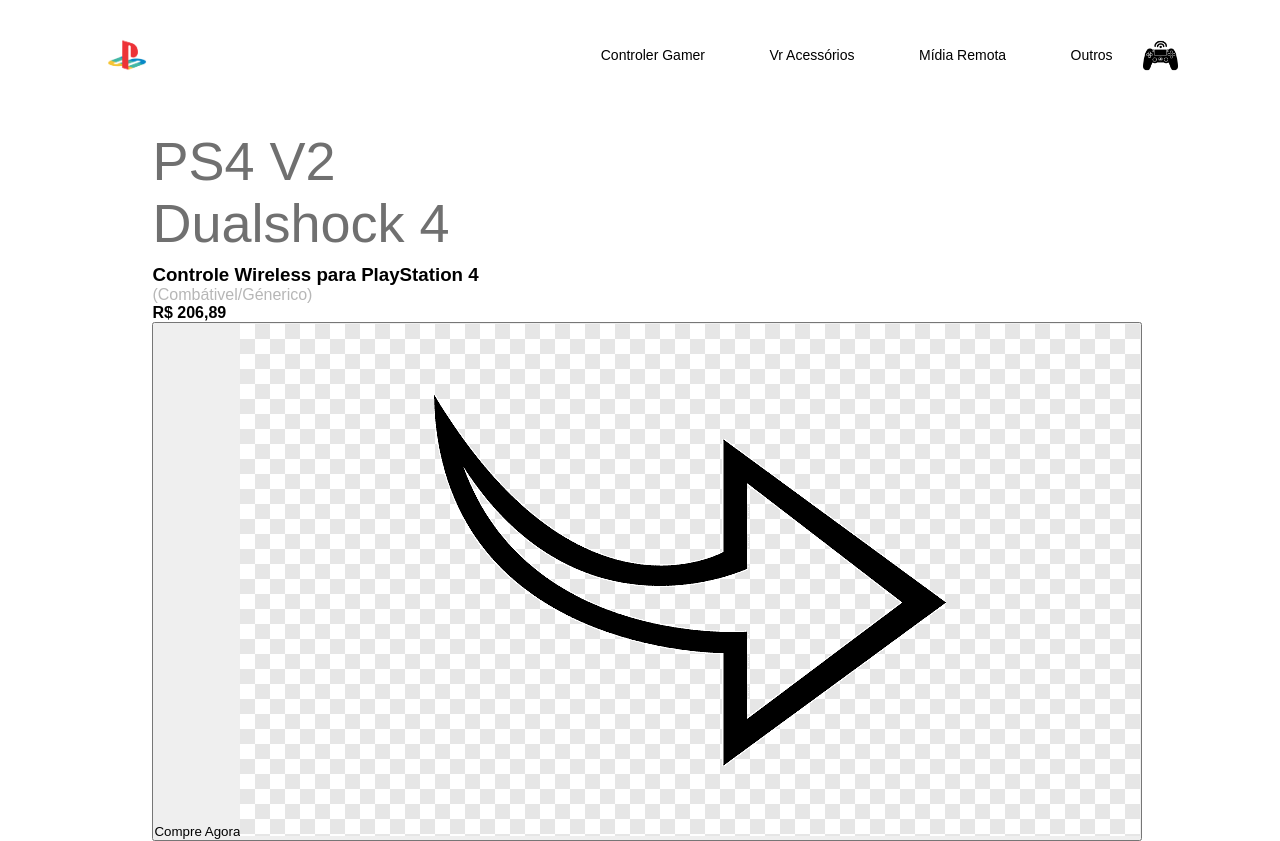
Repository: PauloMarquess/Pagina-Playstation
Page: index.html
An editor plug-in stored every save of this project. The page is shown before and after the next save, followed by the edit.
The browser window is 1280 px wide. The pictures show the whole page.

Above is the page before, as saved 2021-08-16 19:14:57.

### index.html
<!DOCTYPE html>
<html lang="pt">
<head>
    <meta charset="UTF-8">
    <meta http-equiv="X-UA-Compatible" content="IE=edge">
    <meta name="viewport" content="width=device-width, initial-scale=1.0">
    <link rel ="stylesheet" href="./style.css"  >
    <title>Web Página Gamer </title>
</head>
<body>
    <div class="container">
        <div class="navbar">
            <img src="./assets/logo.png" alt="logo" class="logo">
            <nav>
                <ul>
                    <li><a href="#">Controler Gamer</a> </li>
                    <li><a href="#">Vr Acessórios</a> </li>
                    <li><a href="#">Mídia Remota</a> </li>
                    <li><a href="#">Outros</a> </li>


                </ul>
            </nav>
            <img src="./assets/menu.png" alt="menu" class="menu-icone">

        </div>

        <div class="row">
            <div class="col-1">
                <h2>PS4 V2 <br>Dualshock 4</h2>
                <h3>Controle Wireless para PlayStation 4 </h3>
                <p>(Combátivel/Génerico)</p>
                <h4>R$ 206,89</h4>
                <button type="button">Compre Agora<img src="./assets/seta.png"> </button>
            </div>

            <div class="col-2">

            </div>
        </div>

    </div>
</body>
</html>

### style.css
* {
    margin: 0;
    padding: 0;
    font-family: sans-serif;
}

.container {
    width: 100%;
    min-height: 100vh;
    padding-left: 8%;
    padding-right:8%;
    box-sizing:border-box;
    overflow: hidden;
}

.navbar{
    width: 100%;
    display: flex;
    align-items: center;
}
.logo  {
    width:50px ;
    cursor: pointer;
    margin: 30px 0;
}

.menu-icone {
    width: 35px;
    cursor: pointer;
}
nav {
    flex:1;
    text-align: right;

}
nav ul li {
    list-style: none;
    display: inline-block;
    margin:30px ;

}
nav ul li a {
    text-decoration: none;
    color:#000;
    font-size:14px ;
}
nav ul li a:hover {
    color:#ff5ea2;
}
 row {
     display: flex;
     justify-content: space-between;
     align-items: center;
     margin: 100px 0;
 }
 .col-1 {
     flex-basis:40%;
     position: relative;
     margin-left: 50px;
 }

 .col-1 h2 {
     font-size: 54px;
     color: #707070;
     font-weight: 100;
     margin: 20px 0 10px;
 }
 .col-1 p {
     font-size:16px;
    color:#b7b7b7;
    font-weight: 100;
 }

After the next save:
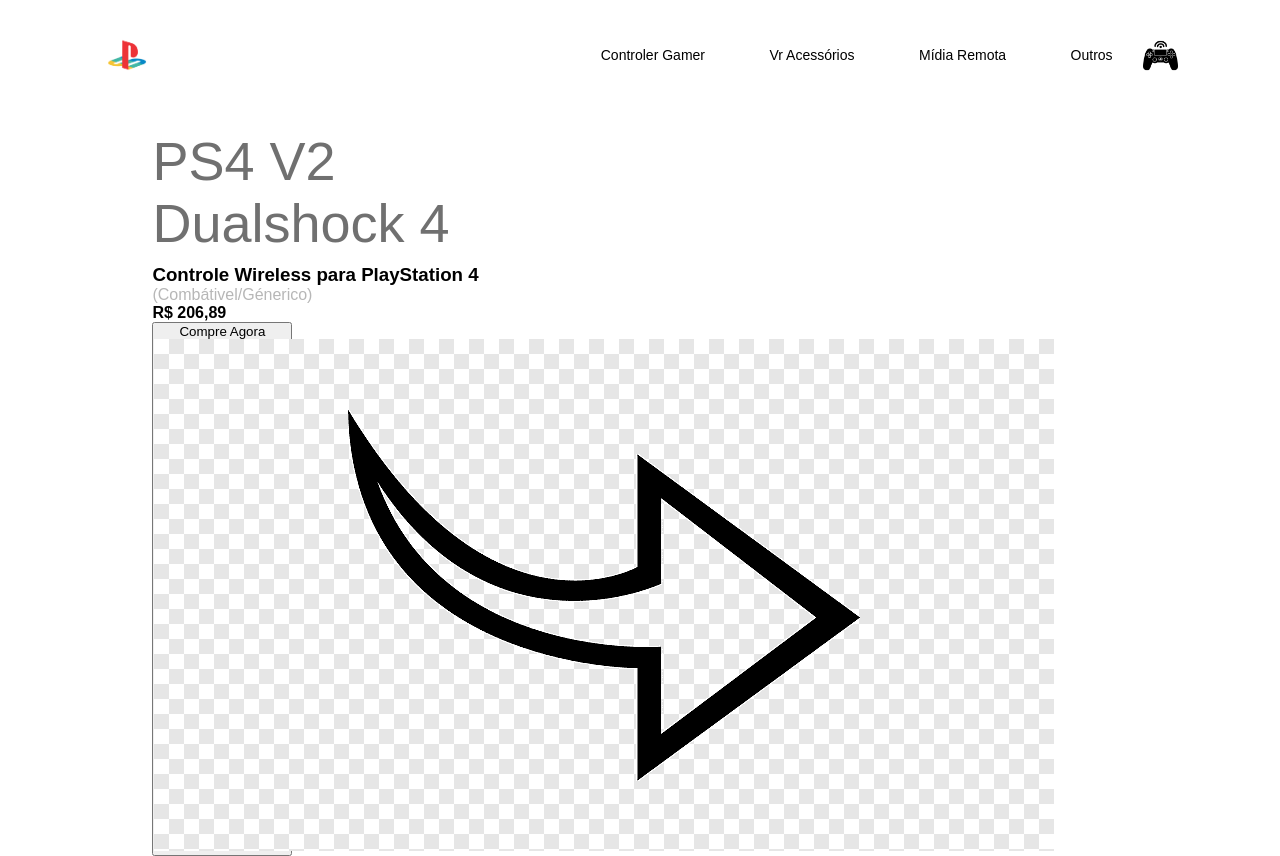
Saved 74 s later.
--- a/style.css
+++ b/style.css
@@ -70,3 +70,7 @@
     color:#b7b7b7;
     font-weight: 100;
  }
+
+ button {
+     width: 140px;
+ }
